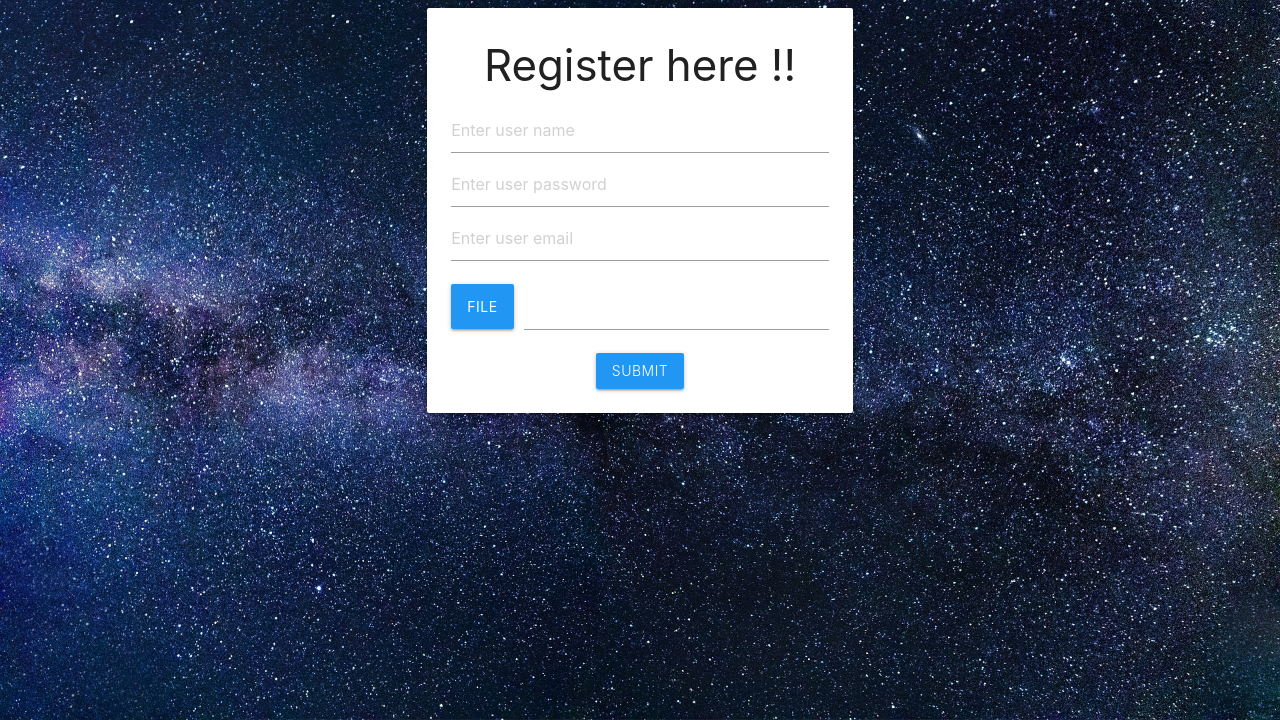
Repository: Ravi9619/springcore
Page: http://localhost/Ravi_Registration_Module_Practice/signup.jsp
An editor plug-in stored every save of this project. The page is shown before and after the next save, followed by the edit.
The browser window is 1280 px wide. The pictures show the whole page.
The page is served by Tomcat 9. Other server files are loaded and not shown.

Above is the page before, as saved 2023-02-26 08:59:56.

### Ravi Registration Module Practice/src/main/webapp/signup.jsp
<%@ page language="java" contentType="text/html; charset=ISO-8859-1"
	pageEncoding="ISO-8859-1"%>
<!DOCTYPE html>
<html>
<head>
<meta charset="ISO-8859-1">
<title>Registration Page</title>
<!-- Compiled and minified CSS -->
<link rel="stylesheet"
	href="https://cdnjs.cloudflare.com/ajax/libs/materialize/1.0.0/css/materialize.min.css">

<!-- Compiled and minified JavaScript -->
<script
	src="https://cdnjs.cloudflare.com/ajax/libs/materialize/1.0.0/js/materialize.min.js"></script>
</head>
<body
	style="background: url(img/Registration.jpg); background-size: cover; background-attachment: fixed;">
	<div class="container">
		<div class="row">
			<div class="col m6 offset-m3">
				<div class="card">
					<div class="card-content">
						<h3 style="margin-top: 10px;" class="center-align">Register
							here !!</h3>
						<h5 id="msg" class="center-align"></h5>
						<div class="form center-align">
							<!-- //creating form -->

							<form action="Register" method="post" id="myform">
								<input type="text" name="user_name"
									placeholder="Enter user name"> <input type="password"
									name="user_password" placeholder="Enter user password">
								<input type="email" name="user_email"
									placeholder="Enter user email">

								<div class="file-field input-field">
									<div class="btn blue">
										<span>File</span> <input name="image" type="file">
									</div>
									<div class="file-path-wrapper">
										<input class="file-path validate" type="text">
									</div>
								</div>
								<button type="submit" class="btn light blue accent 3">Submit</button>
							</form>

						</div>

						<div class="loader center-align"
							style="margin-top: 10px; display: none;">
							<div class="preloader-wrapper big active">
								<div class="spinner-layer spinner-blue">
									<div class="circle-clipper left">
										<div class="circle"></div>
									</div>
									<div class="gap-patch">
										<div class="circle"></div>
									</div>
									<div class="circle-clipper right">
										<div class="circle"></div>
									</div>
								</div>

								<div class="spinner-layer spinner-red">
									<div class="circle-clipper left">
										<div class="circle"></div>
									</div>
									<div class="gap-patch">
										<div class="circle"></div>
									</div>
									<div class="circle-clipper right">
										<div class="circle"></div>
									</div>
								</div>

								<div class="spinner-layer spinner-yellow">
									<div class="circle-clipper left">
										<div class="circle"></div>
									</div>
									<div class="gap-patch">
										<div class="circle"></div>
									</div>
									<div class="circle-clipper right">
										<div class="circle"></div>
									</div>
								</div>

								<div class="spinner-layer spinner-green">
									<div class="circle-clipper left">
										<div class="circle"></div>
									</div>
									<div class="gap-patch">
										<div class="circle"></div>
									</div>
									<div class="circle-clipper right">
										<div class="circle"></div>
									</div>
								</div>
							</div>
							<h5>Please wait...</h5>
						</div>
					</div>
				</div>
			</div>
		</div>
	</div>

</body>
</html>

After the next save:
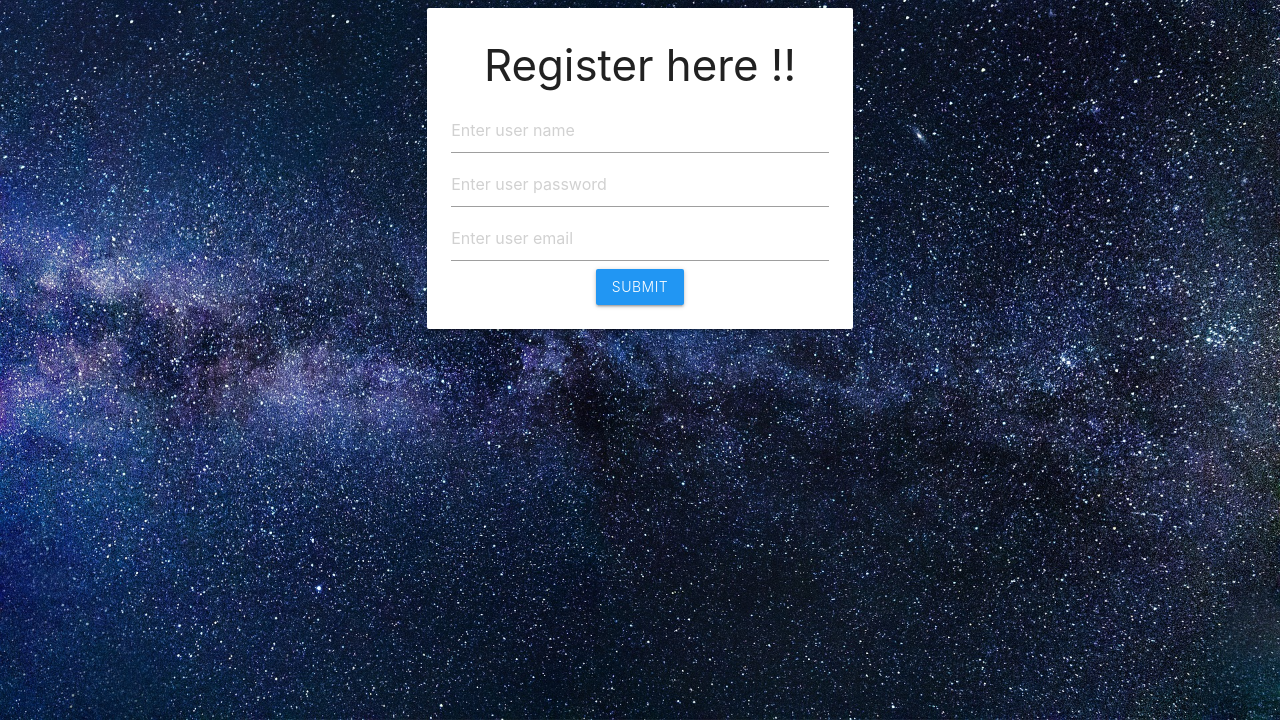
Saved 97 min 29 s later.
--- a/Ravi Registration Module Practice/src/main/webapp/signup.jsp
+++ b/Ravi Registration Module Practice/src/main/webapp/signup.jsp
@@ -28,19 +28,21 @@
 
 							<form action="Register" method="post" id="myform">
 								<input type="text" name="user_name"
-									placeholder="Enter user name"> <input type="password"
+									placeholder="Enter user name">
+								<input type="password"
 									name="user_password" placeholder="Enter user password">
 								<input type="email" name="user_email"
 									placeholder="Enter user email">
 
-								<div class="file-field input-field">
+							<!-- 	<div class="file-field input-field">
 									<div class="btn blue">
 										<span>File</span> <input name="image" type="file">
 									</div>
 									<div class="file-path-wrapper">
 										<input class="file-path validate" type="text">
 									</div>
-								</div>
+								</div> -->
+
 								<button type="submit" class="btn light blue accent 3">Submit</button>
 							</form>
 
